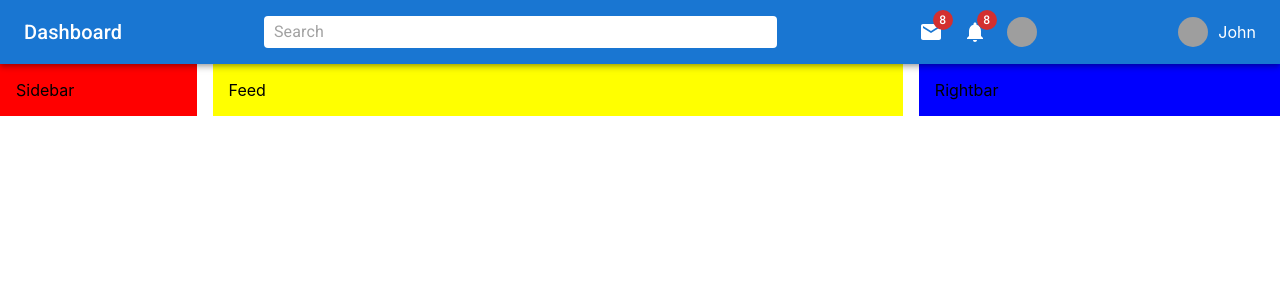
Repository: abubaker-cs/mui5_dashboard
Page: /
The author's editor kept a copy of each file at every save. The page is drawn from the files as they stood at one save, then again after the next save.
The browser window is 1280 px wide. The pictures show the whole page.
Pictures or frames that could not be fetched are drawn as grey boxes. The project was rebuilt for these pictures with package versions that can differ from the ones it lists, and the page was loaded fresh each time. Also part of the build but not shown: src/App.css.

Above is the page before, as saved 2022-07-17 14:09:23.

After the next save:
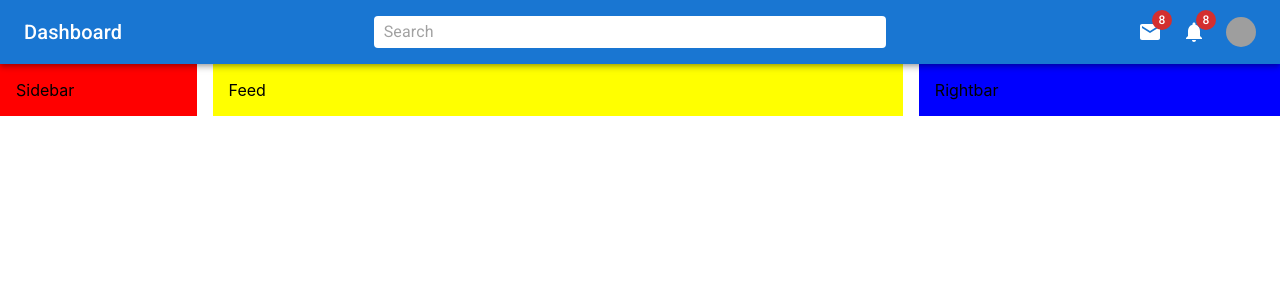
Saved 40 s later.
--- a/src/components/Navbar.jsx
+++ b/src/components/Navbar.jsx
@@ -40,6 +40,9 @@ const UserBox = styled(Box)(({ theme }) => ({
   display: "flex",
   gap: "10px",
   alignItems: "center",
+  [theme.breakpoints.up("sm")]: {
+    display: "none",
+  },
 }));
 
 const Navbar = () => {
